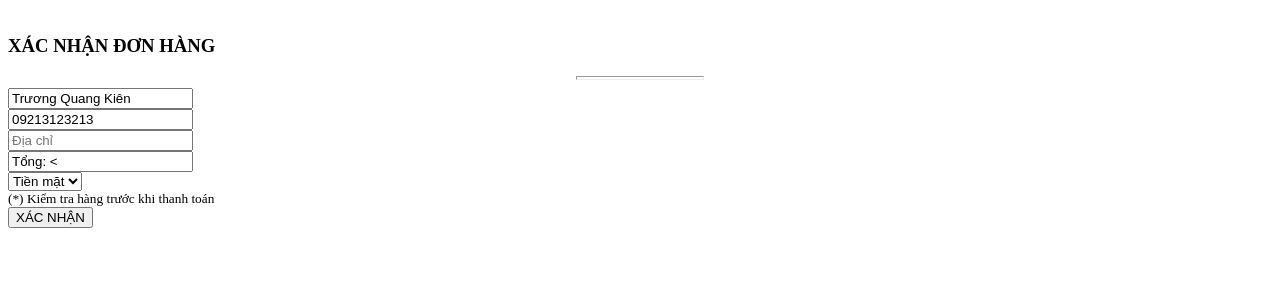
Repository: kienkiddo/BaiTapWebBanHang
Page: http://localhost/LapTrinhWebsite/home/view/confirm.jsp
An editor plug-in stored every save of this project. The page is shown before and after the next save, followed by the edit.
The browser window is 1280 px wide. The pictures show the whole page.
The page is served by Tomcat 9. Other server files are loaded and not shown.

Above is the page before, as saved 2022-05-11 13:54:43.

### LapTrinhWebsite/src/main/webapp/home/view/confirm.jsp
<%@ page contentType="text/html; charset=UTF-8"%>
<%@ taglib prefix="c" uri="http://java.sun.com/jsp/jstl/core"%>
<%@ taglib prefix="fmt" uri="http://java.sun.com/jsp/jstl/fmt"%>

<div class="container" style="margin-top: 35px">
  <div class="row">
    <div class="col">
      <h3 class="text-center">XÁC NHẬN ĐƠN HÀNG</h3>
      <hr style="width: 10%; height: 2px" class="color-main">
      <div class="container pt-4">
        <div class="row">
          <div class="col-6 offset-3">
            <form class="mt-1">
              <div class="input-group form-group">
                <span class="input-group-prepend">
                  <div class="input-group-text bg-light border-right-0"><i class="fa fa-user"></i>
                  </div>
                </span>
                <input class="form-control py-2 border-left-0 border" id="name" name="name"
                  placeholder="Họ và tên" value="Trương Quang Kiên">
              </div>
              <div class="input-group form-group">
                <span class="input-group-prepend">
                  <div class="input-group-text bg-light border-right-0"><i class="fas fa-phone"></i>
                  </div>
                </span>
                <input class="form-control py-2 border-left-0 border"  id="phone" name="phone"
                  placeholder="Số điện thoại" value="09213123213">
              </div>
              <div class="input-group form-group">
                <span class="input-group-prepend">
                  <div class="input-group-text bg-light border-right-0"><i class="fas fa-address-book"></i>
                  </div>
                </span>
                <input class="form-control py-2 border-left-0 border"  id="phone" name="phone"
                  placeholder="Địa chỉ" value="">
              </div>
              <div class="input-group form-group">
                <span class="input-group-prepend">
                  <div class="input-group-text bg-light border-right-0"><i class="fa fa-coins"></i>
                  </div>
                </span>
                <input class="form-control py-2 border-left-0 border" id="name" name="name"
              value="Tổng: <" readonly>
              </div>
              <div class="input-group form-group mb-0">
                <span class="input-group-prepend">
                  <div class="input-group-text bg-light border-right-0"><i class="fas fa-wallet"></i>
                  </div>
                </span>
                <select class="form-control">
                    <option>Tiền mặt</option>
                </select>
              </div>
              <small><span class="text-danger">(*)</span> Kiểm tra hàng trước khi thanh toán</small></br>
              <button class="btn btn-primary btn-sm font-weight-bold form-control mt-3"><span class="fas fa-key"></span> XÁC NHẬN</button>
            </form>
          </div>
        </div>
      </div>
    </div>
  </div>
</div>

### LapTrinhWebsite/src/main/java/commom/Security.java
package commom;

import java.math.BigInteger;
import java.security.MessageDigest;
import java.util.UUID;

import javax.servlet.http.Cookie;
import javax.servlet.http.HttpServletResponse;

import model.User;

public class Security {

	public static String getMd5(String s) {
		try {
			byte[] bytesOfMessage = s.getBytes("UTF-8");
			MessageDigest md = MessageDigest.getInstance("MD5");
			byte[] theMD5digest = md.digest(bytesOfMessage);
			BigInteger no = new BigInteger(1, theMD5digest);

			String hashtext = no.toString(16);
			while (hashtext.length() < 32) {
				hashtext = "0" + hashtext;
			}
			return hashtext;
		} catch (Exception e) {
			e.printStackTrace();
		}
		return "";
	}


	public static void setCookieLogin(String user, String pass, String hashkey, HttpServletResponse response) {
		Cookie cookie = new Cookie("email", user);
		cookie.setMaxAge(60 * 60 * 24 * 90);
		Cookie cookie2 = new Cookie("pass", pass);
		cookie2.setMaxAge(60 * 60 * 24 * 90);
		Cookie cookie3 = new Cookie("hashkey", hashkey);
		cookie3.setMaxAge(60 * 60 * 24 * 90);

		response.addCookie(cookie);
		response.addCookie(cookie2);
		response.addCookie(cookie3);
	}

	public static void deleteCookieLogin(HttpServletResponse response) {
		Cookie cookie = new Cookie("email", "");
		cookie.setMaxAge(0);
		Cookie cookie2 = new Cookie("pass", "");
		cookie2.setMaxAge(0);
		Cookie cookie3 = new Cookie("hashkey", "");
		cookie3.setMaxAge(0);

		response.addCookie(cookie);
		response.addCookie(cookie2);
		response.addCookie(cookie3);
	}

	public static String creatHashkey() {
		return UUID.randomUUID().toString();
	}


	public static void setHashkey(String hashkey, HttpServletResponse response) {
		Cookie cookie = new Cookie("hashkey", hashkey);
		cookie.setMaxAge(60 * 60 * 24 * 90);
		response.addCookie(cookie);
	}

	public static String getHashkey(Cookie[] cookies) {
		if (cookies == null) {
			return null;
		}
		for (int i = 0; i < cookies.length; i++) {
			String name = cookies[i].getName();
			String value = cookies[i].getValue();
			if (name.equals("hashkey")) {
				return value;
			}
		}
		return null;
	}

	public static void removeHashkey(HttpServletResponse response) {
		Cookie cookie = new Cookie("hashkey", "");
		cookie.setMaxAge(0);
		response.addCookie(cookie);
	}

}

After the next save:
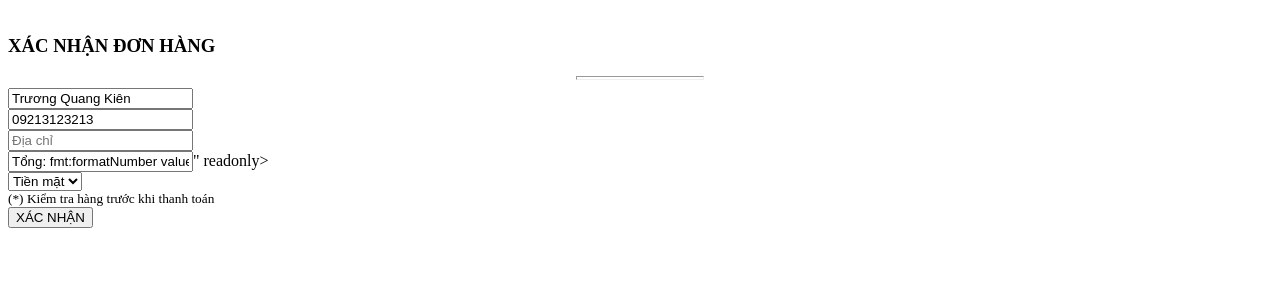
Saved 10 s later.
--- a/LapTrinhWebsite/src/main/webapp/home/view/confirm.jsp
+++ b/LapTrinhWebsite/src/main/webapp/home/view/confirm.jsp
@@ -41,7 +41,7 @@
                   </div>
                 </span>
                 <input class="form-control py-2 border-left-0 border" id="name" name="name"
-              value="Tổng: <" readonly>
+              value="Tổng: fmt:formatNumber value="${cartItem.price * cartItem.quantity}" type="currency" />" readonly>
               </div>
               <div class="input-group form-group mb-0">
                 <span class="input-group-prepend">

After the 2 saves that followed:
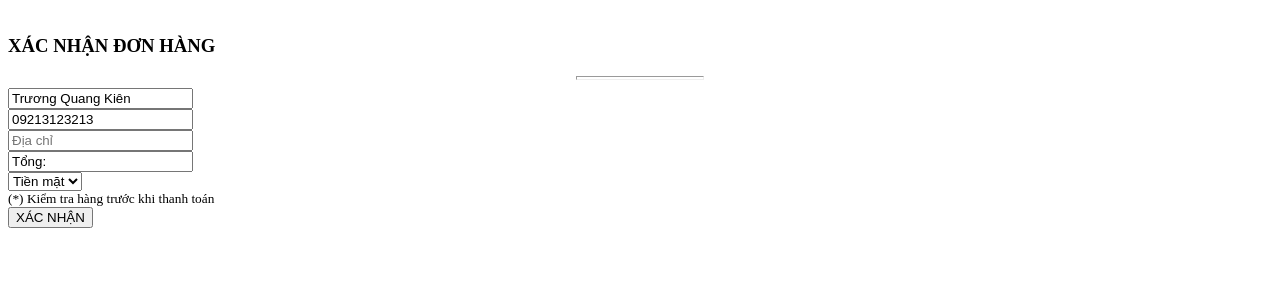
The 2 saves are shown as one change because 1 left the picture as it was.
The last was saved 17 s later.
--- a/LapTrinhWebsite/src/main/webapp/home/view/confirm.jsp
+++ b/LapTrinhWebsite/src/main/webapp/home/view/confirm.jsp
@@ -41,7 +41,7 @@
                   </div>
                 </span>
                 <input class="form-control py-2 border-left-0 border" id="name" name="name"
-              value="Tổng: fmt:formatNumber value="${cartItem.price * cartItem.quantity}" type="currency" />" readonly>
+              value="Tổng: <fmt:formatNumber value="${cart.price}" type="currency" />" readonly>
               </div>
               <div class="input-group form-group mb-0">
                 <span class="input-group-prepend">
